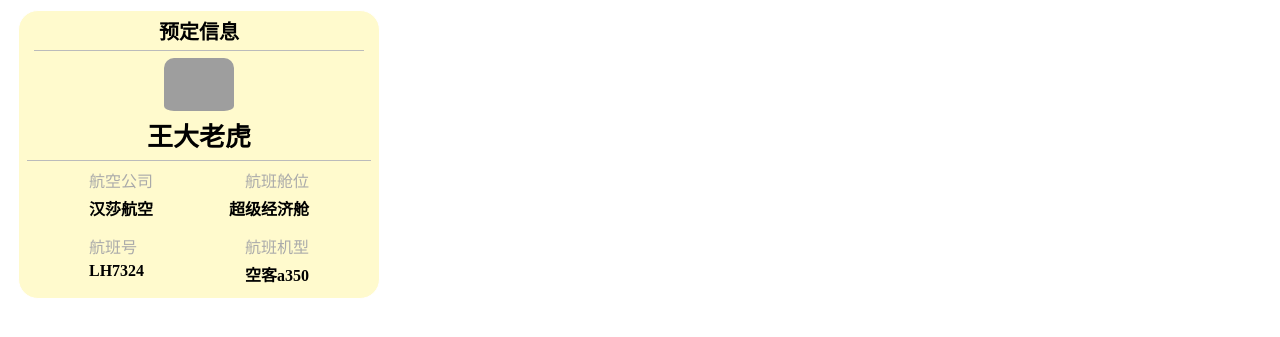
Repository: xzm1997/react-learning
Page: /
These files come from the project's save history. The page is drawn as it stood at one moment and after the next save; the edit follows.
The browser window is 1280 px wide. The pictures show the whole page.
Pictures or frames that could not be fetched are drawn as grey boxes. The project was rebuilt for these pictures with package versions that can differ from the ones it lists, and the page was loaded fresh each time.

Above is the page before, as saved 2023-01-31 11:12:42.

After the next save:
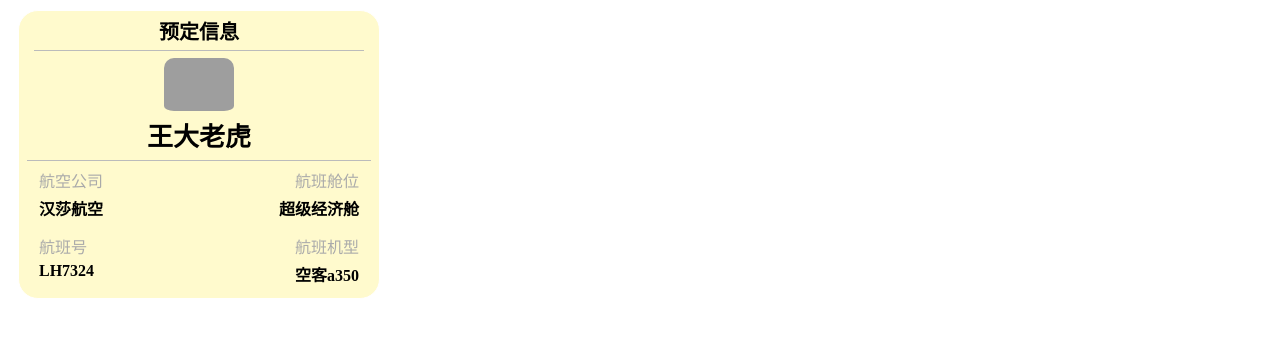
Saved 9 s later.
--- a/src/index.css
+++ b/src/index.css
@@ -64,7 +64,7 @@
 }
 
 .infoItem {
-  width: 110px;
+  width: 160px;
 }
 
 .rightSide {
